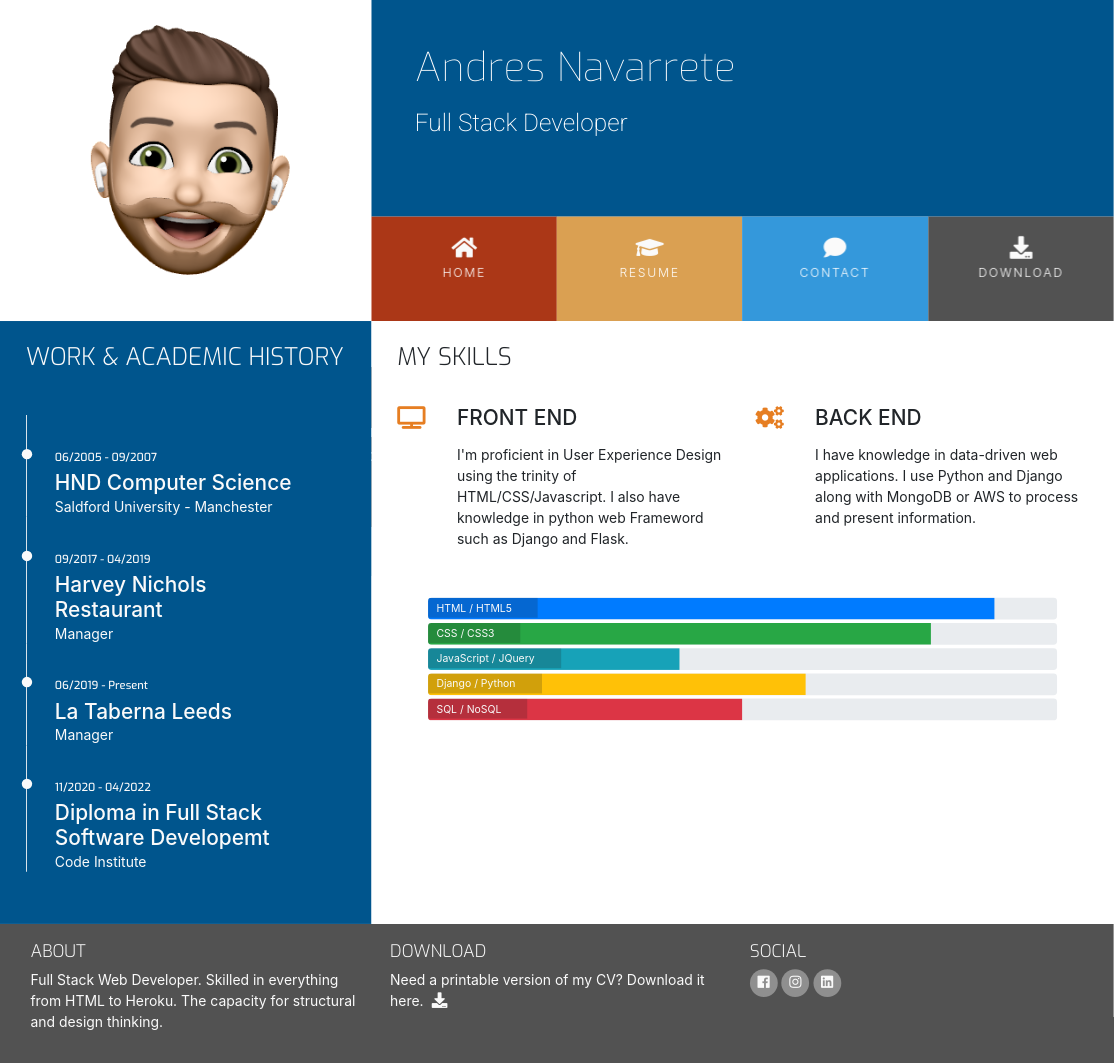
Repository: andna5980/cloud9-workspace
Page: resume.html
These files come from the project's save history. The page is drawn as it stood at one moment and after the next save; the edit follows.
The browser window is 1280 px wide. The pictures show the whole page, at 87% of full size.
Some web libraries are served in a nearby version.

Above is the page before, as saved 2022-04-24 10:23:10.

After the next save:
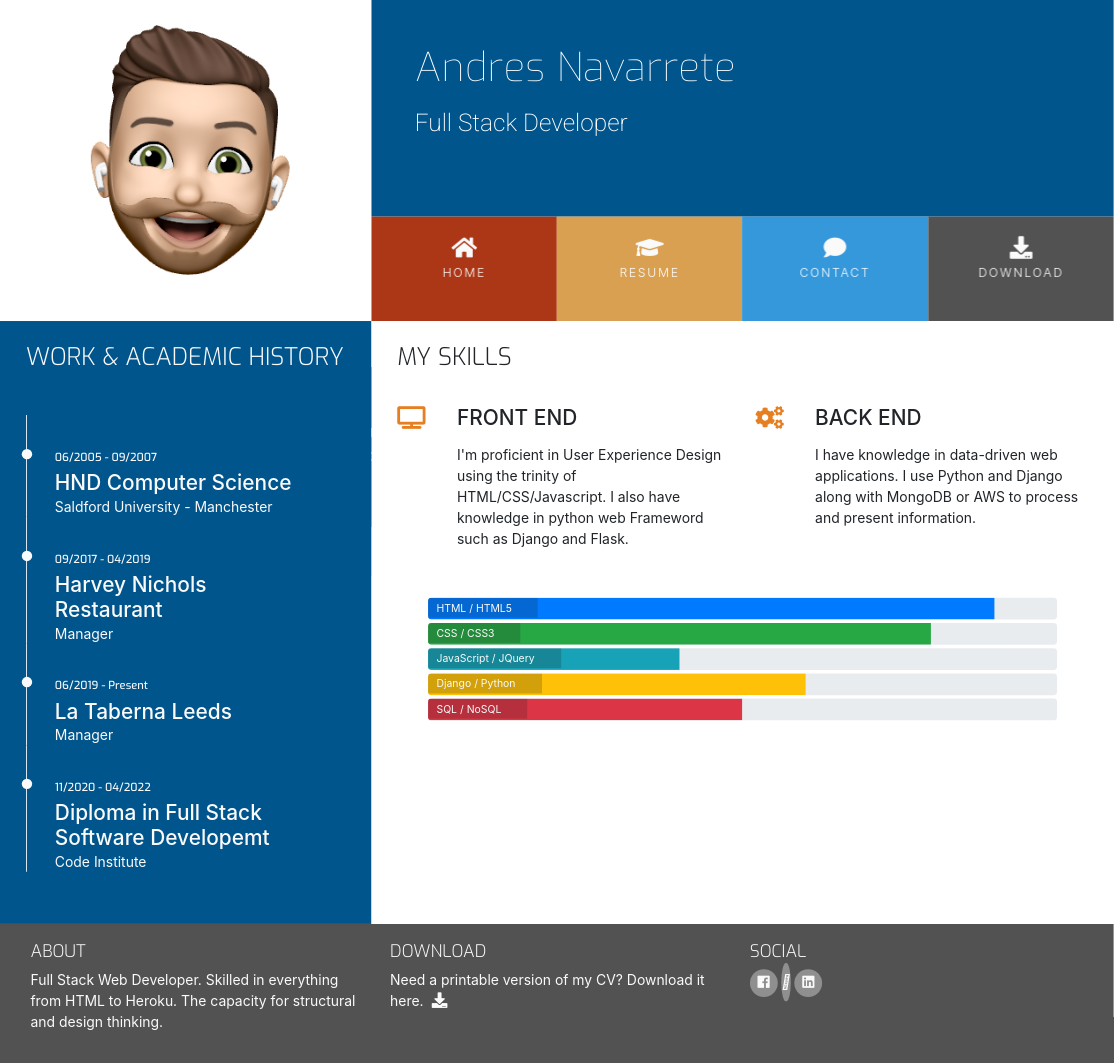
Saved 4 min 36 s later.
--- a/resume.html
+++ b/resume.html
@@ -192,9 +192,9 @@
                     </li>
 
                     <li class="list-inline-item">
-                        <a target="_blank" href="#">
-                            <i class="fab fa-instagram" aria-hidden="true"></i>
-                            <span class="sr-only">Instagram</span>
+                        <a target="_blank" href="https://github.com/andna5980">
+                            <i class="fa-brands fa-github" aria-hidden="true"></i>
+                            <span class="sr-only">Github</span>
                         </a>
                     </li>
                     <li class="list-inline-item">
